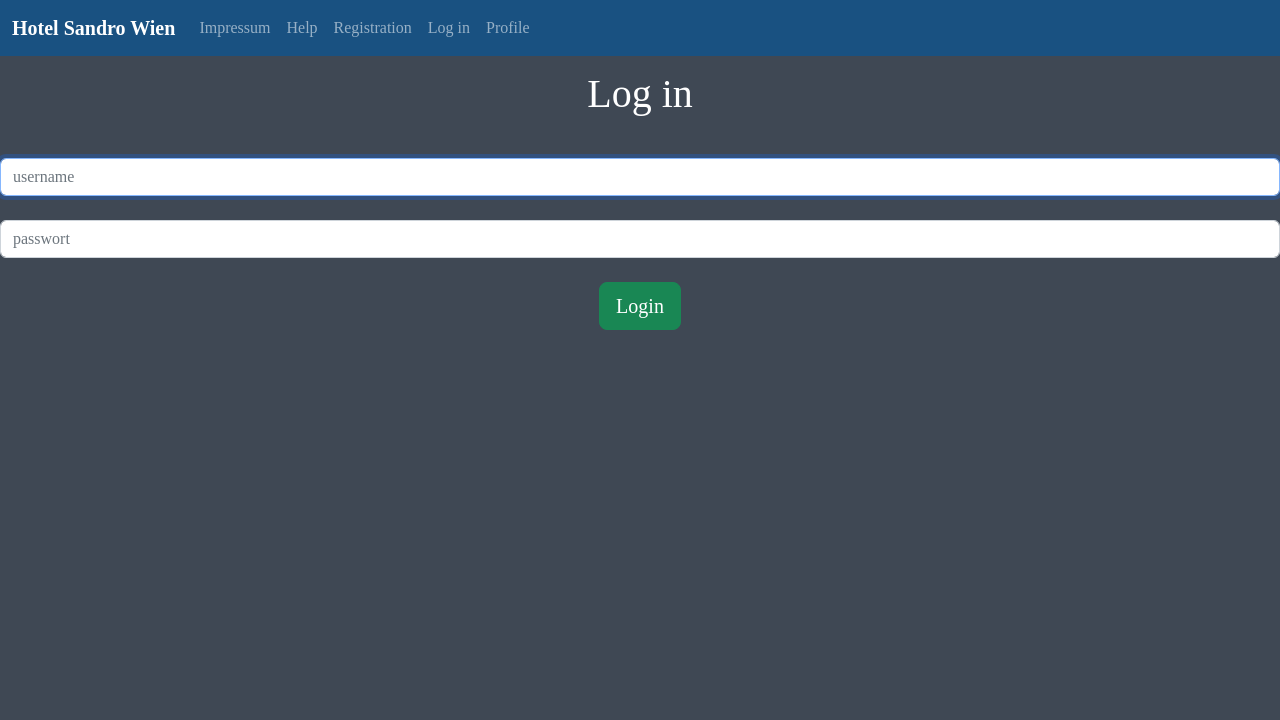
Repository: TIS0N/Hotel_Sandro
Page: http://localhost/inc/login.php
The author's editor kept a copy of each file at every save. The page is drawn from the files as they stood at one save, then again after the next save.
The browser window is 1280 px wide. The pictures show the whole page.
The page is run by PHP 8.4 with error messages shown; the project is at /var/www/html/.

Above is the page before, as saved 2023-01-10 19:46:42.

### inc/login.php
<?php
session_start();
?>
<!DOCTYPE html>
<html lang="en">
<head>
    <meta charset="UTF-8">
    <meta http-equiv="X-UA-Compatible" content="IE=edge">
    <meta name="viewport" content="width=device-width, initial-scale=1.0">
    <link href="https://cdn.jsdelivr.net/npm/bootstrap@5.2.2/dist/css/bootstrap.min.css" rel="stylesheet" integrity="sha384-Zenh87qX5JnK2Jl0vWa8Ck2rdkQ2Bzep5IDxbcnCeuOxjzrPF/et3URy9Bv1WTRi" crossorigin="anonymous">
    <script src="https://cdn.jsdelivr.net/npm/bootstrap@5.2.2/dist/js/bootstrap.bundle.min.js" integrity="sha384-OERcA2EqjJCMA+/3y+gxIOqMEjwtxJY7qPCqsdltbNJuaOe923+mo//f6V8Qbsw3" crossorigin="anonymous"></script>
    <link rel="stylesheet" href="../res/css/stylesheet.css">
    <title>Hotel Sandro Wien - Log In</title>
</head>
<body id="body">

<?php
include "../inc/navigation.php";
?>

    <h1>Log in</h1><br>

<form role="form" action="" method="post">
        <h5 class="text-center"></h5>
        <input type="text" class="form-control" name="username" placeholder="username" required autofocus></br>
        <input type="password" class="form-control" name="password" placeholder="passwort" required><br>
        <button class="btn btn-lg btn-success btn-block" type="submit" name="login">Login</button>
    </form>



    <?php

    if ($_SERVER["REQUEST_METHOD"] == "POST"){
        if(empty($_POST["username"])){
            echo "Username is required!";
        }elseif(empty($_POST["password"])){
            echo "Password is required!";
        }
        else{
            if($username1 !== $_SESSION["username1"]){
                echo "Wrong username!";
            }elseif($password1 !== $_SESSION["password1"]){
                echo "Wrong password!";
            }else{
                echo "Login successful!";
                header("refresh: 1; URL = profile.php");
            }
        }
    }


    ?>

</body>
</html>

### inc/navigation.php
<?php
    if(file_exists("./index.php")){
        $includePath = ".";
    }
    else{
        $includePath = "..";
    }
?>

<div id="navBar">
        <nav class="navbar fixed-top navbar-expand-lg navbar-dark" style="background-color: #195181;">
            <div class="container-fluid">
                <a class="navbar-brand" href= <?php echo "$includePath/index.php"?> style="color: rgb(255, 255, 255);"><strong>Hotel Sandro Wien</strong></a>
                <button class="navbar-toggler" type="button" data-bs-toggle="collapse" data-bs-target="#navbarNav" aria-controls="navbarNav" aria-expanded="false" aria-label="Toggle navigation">
                    <span class="navbar-toggler-icon"></span>
                </button>
                <div class="collapse navbar-collapse" id="navbarNav">
                    <ul class="navbar-nav">
                        <li class="nav-item">
                            <a class="nav-link"href= <?php echo "$includePath/inc/impressum.php"?> class="navbar-brand">Impressum</a>
                        </li>
                        <li class="nav-item">
                            <a class="nav-link" href=<?php echo "$includePath/inc/help.php"?> class="navbar-brand">Help</a>
                        </li>
                        <li class="nav-item">
                            <a class="nav-link" href=<?php echo "$includePath/inc/registration.php"?> class="navbar-brand">Registration</a>
                        </li>
                        <li class="nav-item">
                            <a class="nav-link" href=<?php echo "$includePath/inc/login.php"?> class="navbar-brand">Log in</a>
                        </li>
                        <li class="nav-item">
                            <a class="nav-link" href=<?php echo "$includePath/inc/profile.php"?> class="navbar-brand">Profile</a>
                        </li>

                    </ul>
                </div>
            </div>
        </nav>
    </div>

### res/css/stylesheet.css
body{
    /*background-color: rgb(63, 72, 84);*/
    background-color:rgb(63, 72, 84);
    color: white;
    padding-top: 70px;
    padding-bottom: 70px;
    text-align: center;
    font-family: cursive;
}

#hotelSandroPhoto{
    width: 600px;
    height: 450px;
}

#formular{
    background-color: #195181;
    border-radius: 10px;
    border-color: rgb(255, 255, 255);
    border-style: double;
}

### inc/footer.php
<footer class="bg-dark text-white text-center justify-content-center fixed-bottom">
      <div class="container">
        <p class="lead">Copyright &copy; 2022 Hotel Sandro Wien</p>

        <a href="index.php" class="position-absolute bottom-0 end-0 p-5">
          <i class="bi bi-arrow-up-circle h1"></i>
        </a>
      </div>
    </footer>

After the next save:
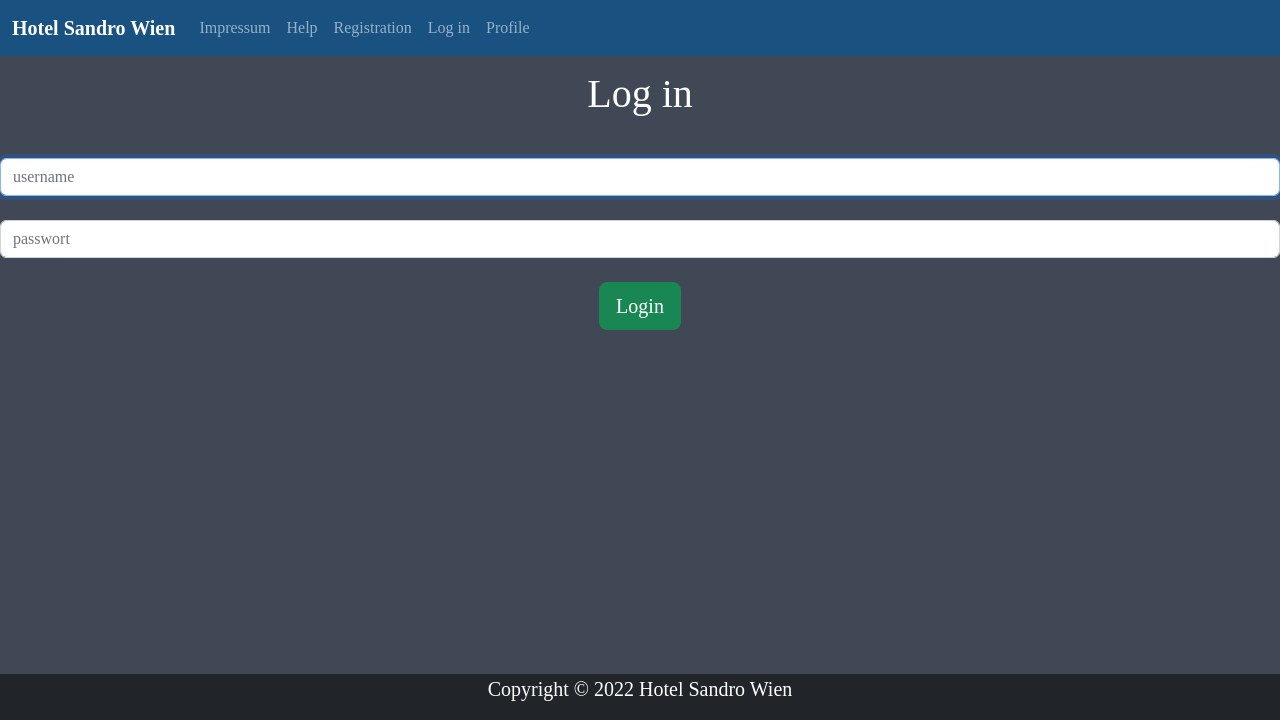
Saved 16 s later.
--- a/inc/login.php
+++ b/inc/login.php
@@ -16,6 +16,7 @@ session_start();
 
 <?php
 include "../inc/navigation.php";
+include "./footer.php";
 ?>
 
     <h1>Log in</h1><br>
